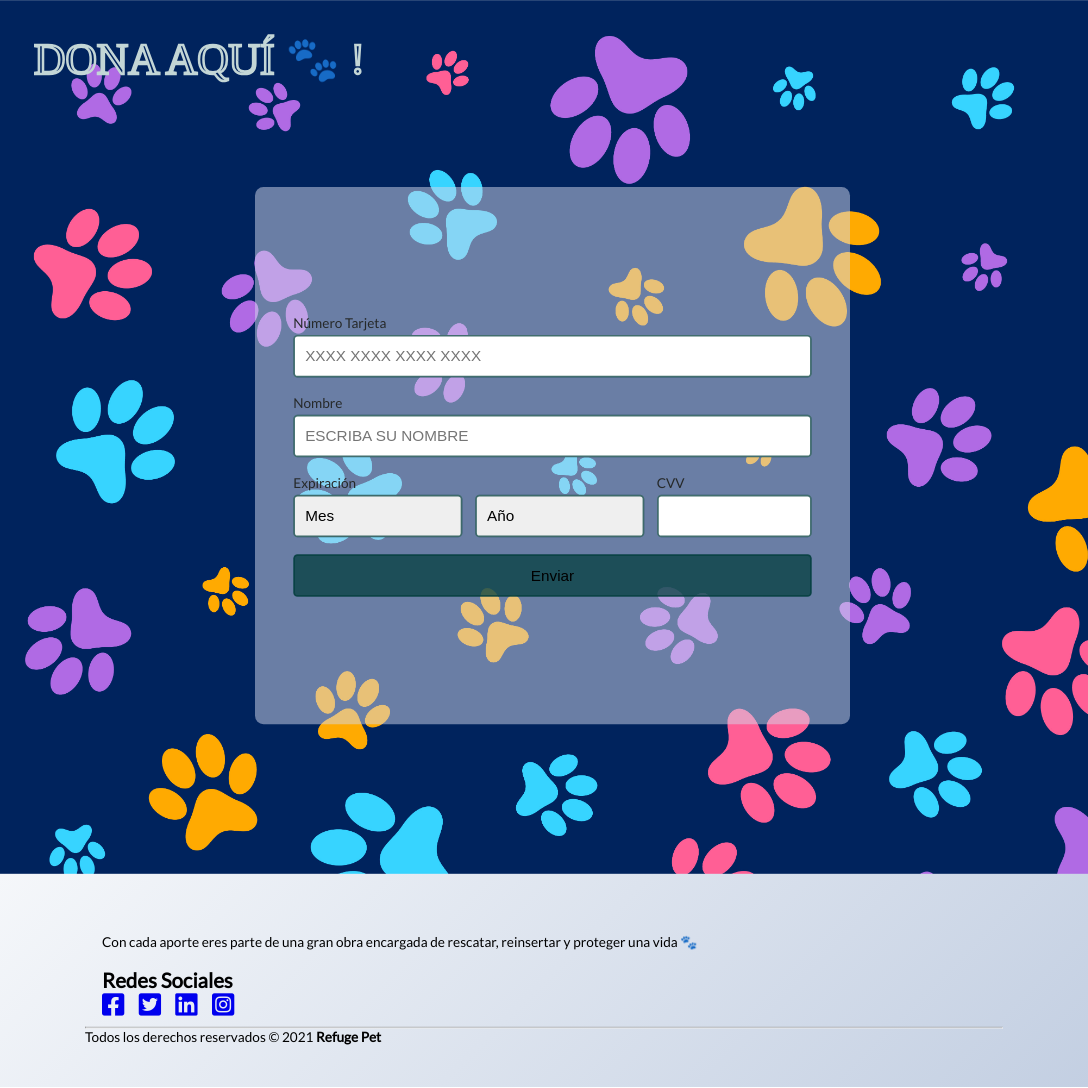
Repository: andreasvidal/SCL019-card-validation
Page: src/views/cardvalidation.html
An editor plug-in stored every save of this project. The page is shown before and after the next save, followed by the edit.
The browser window is 1280 px wide. The pictures show the whole page, at 85% of full size.
Some web fonts or font styles are not loaded; a fallback is used. Some web libraries are served in a nearby version.

Above is the page before, as saved 2022-04-13 09:24:34.

After the next save:
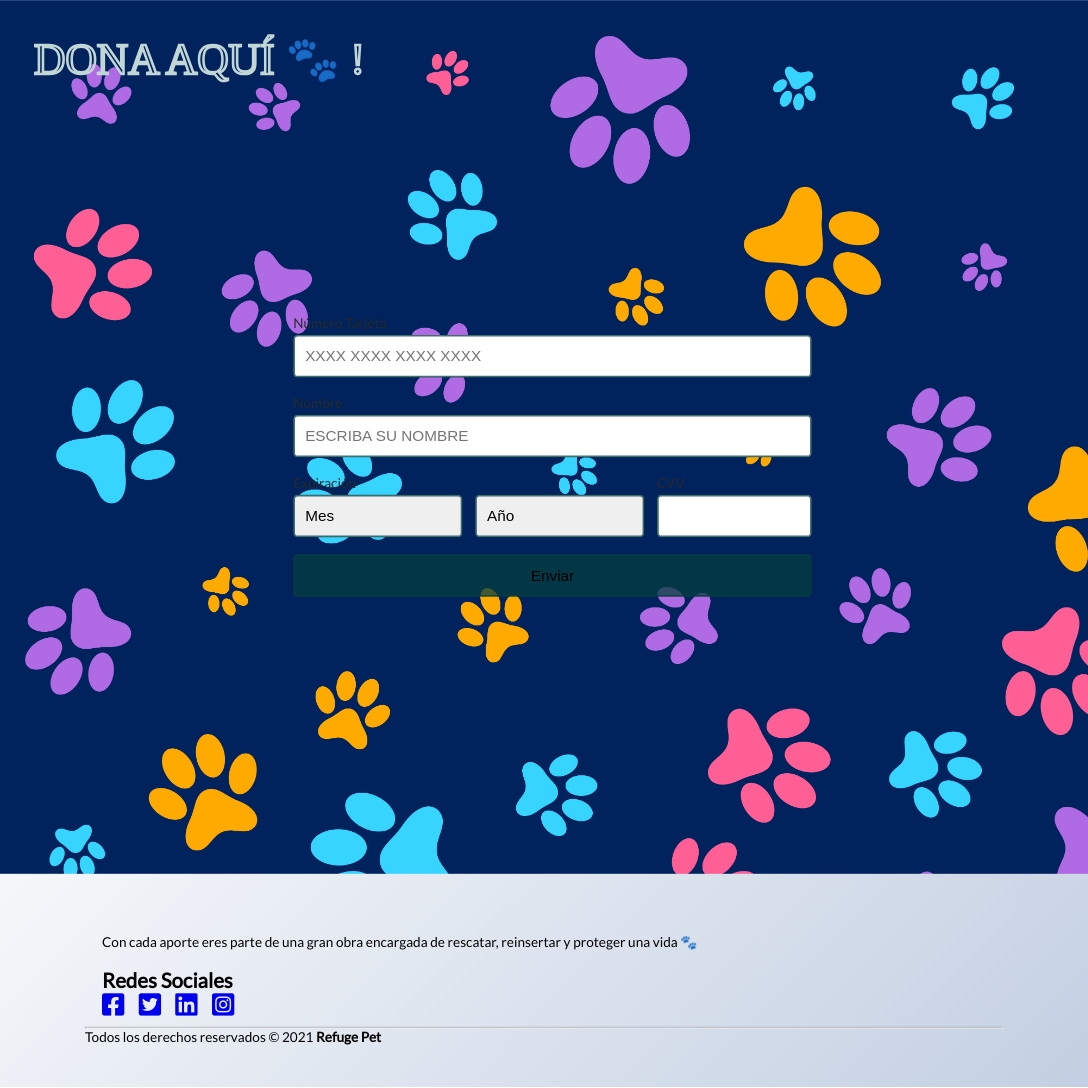
Saved 6 min 45 s later.
--- a/src/css/formstyle.css
+++ b/src/css/formstyle.css
@@ -14,7 +14,7 @@ body {
 /*estilos formulario validacion*/
 
 .form-validation {
-    background: rgba(210, 215, 236, 0.507);
+    background: transparent;
     color: beige;
     width: 100%;
     max-width: 700px;
